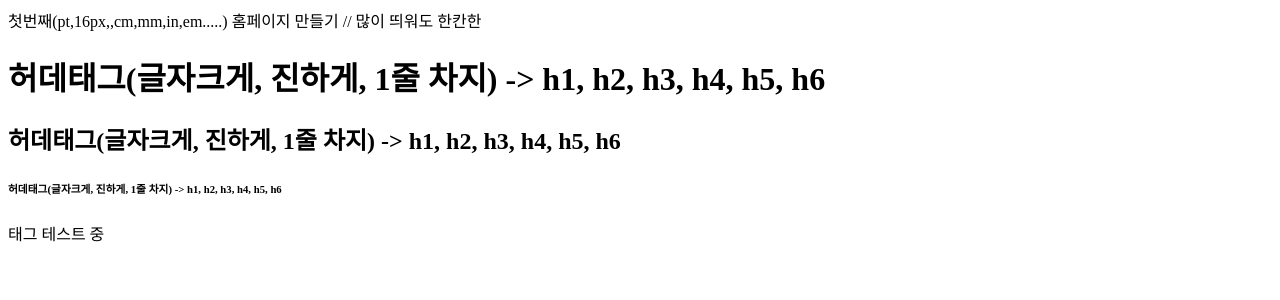
Repository: Seho0218/Webservice
Page: 03_HTML/worksapceWeb/WebApp/src/main/webapp/index.html
The author's editor kept a copy of each file at every save. The page is drawn from the files as they stood at one save, then again after the next save.
The browser window is 1280 px wide. The pictures show the whole page.

Above is the page before, as saved 2022-07-05 06:05:03.

After the next save:
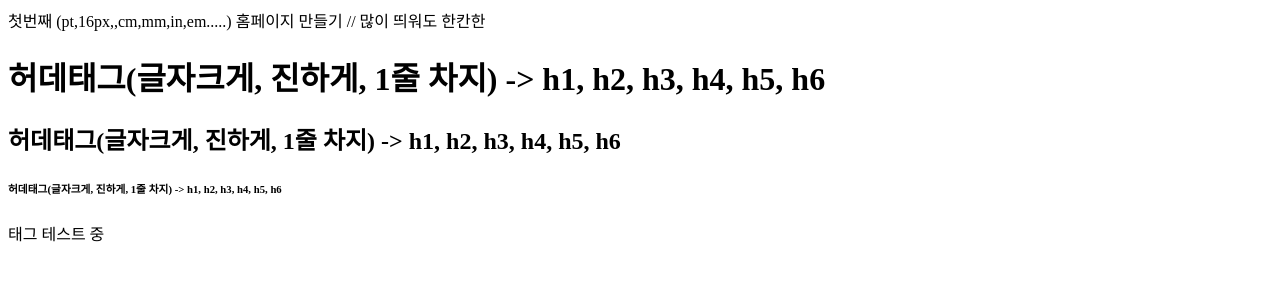
Saved 9 s later.
--- a/03_HTML/worksapceWeb/WebApp/src/main/webapp/index.html
+++ b/03_HTML/worksapceWeb/WebApp/src/main/webapp/index.html
@@ -5,7 +5,7 @@
 <title>제목</title>
 </head>
 <body>
-	첫번째(pt,16px,,cm,mm,in,em.....) 홈페이지 만들기 // 많이 띄워도 한칸한
+	첫번째  (pt,16px,,cm,mm,in,em.....) 홈페이지 만들기 // 많이 띄워도 한칸한
 	<h1 title="heading">허데태그(글자크게, 진하게, 1줄 차지) -> h1, h2, h3, h4, h5,
 		h6</h1>
 	<h2>허데태그(글자크게, 진하게, 1줄 차지) -> h1, h2, h3, h4, h5, h6</h2>
